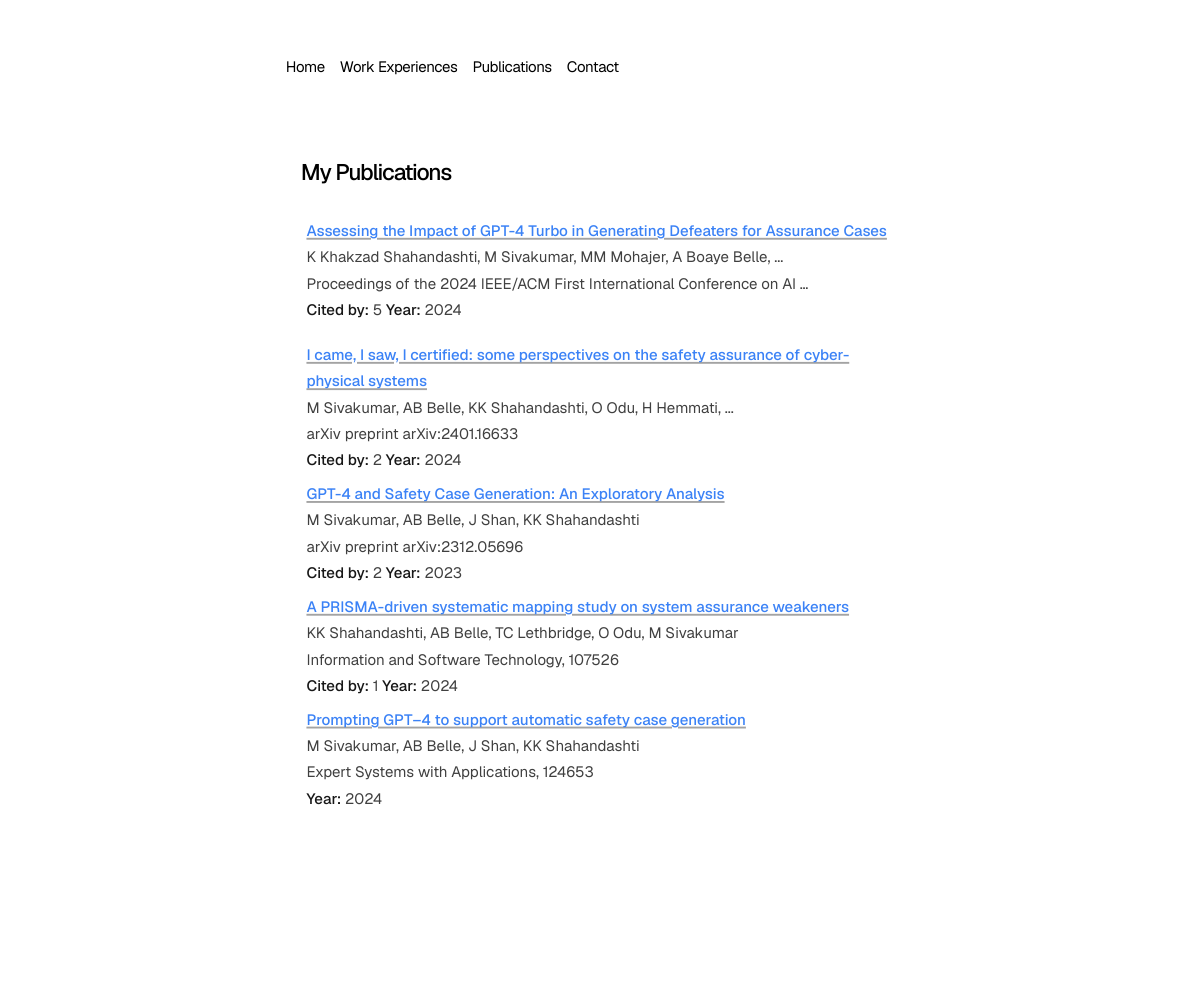
Repository: kimixz/kimixz.github.io
Page: /publications
An editor plug-in stored every save of this project. The page is shown before and after the next save, followed by the edit.
The browser window is 1280 px wide. The pictures show the whole page, at 94% of full size.
The project was rebuilt for these pictures with package versions that can differ from the ones it lists, and the page was loaded fresh each time. Some packages were replaced by stand-ins written for this rebuild. The framework's server and built-in components were replaced by stand-ins that run in the browser. Also part of the build but not shown: next.config.mjs, app/blog/[slug]/sandpack.tsx.

Above is the page before, as saved 2024-07-28 16:31:30.

After the next save:
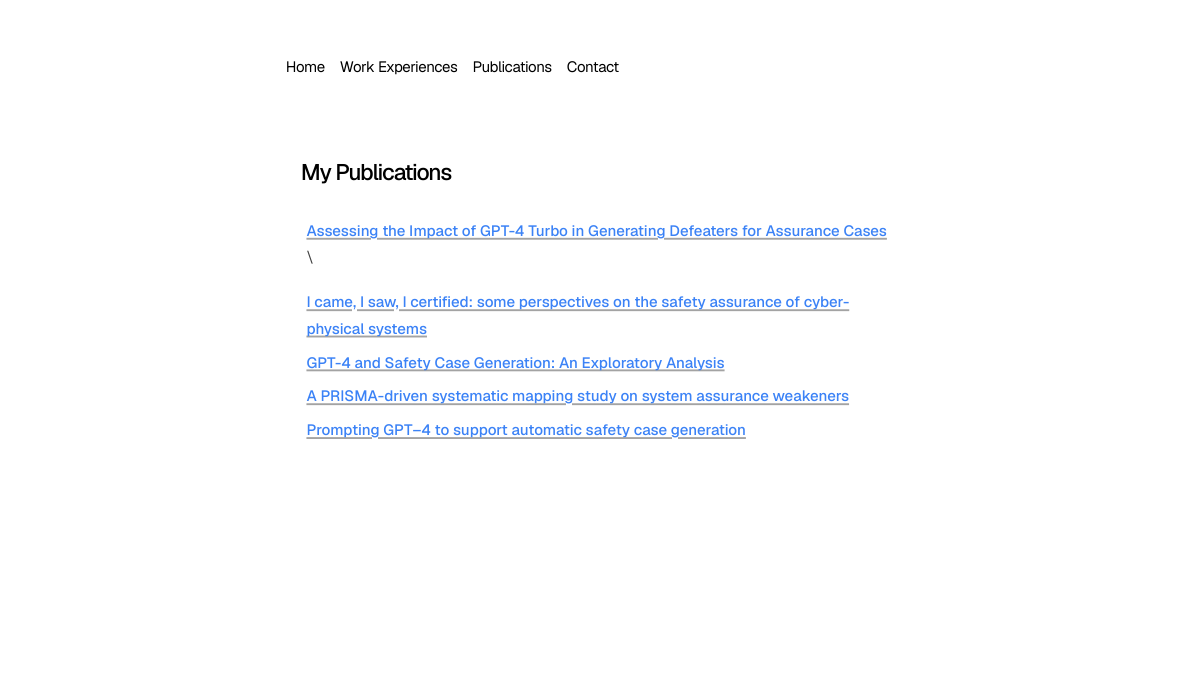
Saved 38 s later.
--- a/app/publications/page.tsx
+++ b/app/publications/page.tsx
@@ -7,33 +7,19 @@ export default function Page() {
           <ul className="prose prose-neutral dark:prose-invert">
             <li>
               <a href="https://example.com/paper1" className="text-blue-500">Assessing the Impact of GPT-4 Turbo in Generating Defeaters for Assurance Cases</a><br />
-              K Khakzad Shahandashti, M Sivakumar, MM Mohajer, A Boaye Belle, ...<br />
-              Proceedings of the 2024 IEEE/ACM First International Conference on AI …<br />
-              <strong>Cited by:</strong> 5 <strong>Year:</strong> 2024
+\
             </li>
             <li>
               <a href="https://example.com/paper2" className="text-blue-500">I came, I saw, I certified: some perspectives on the safety assurance of cyber-physical systems</a><br />
-              M Sivakumar, AB Belle, KK Shahandashti, O Odu, H Hemmati, ...<br />
-              arXiv preprint arXiv:2401.16633<br />
-              <strong>Cited by:</strong> 2 <strong>Year:</strong> 2024
             </li>
             <li>
               <a href="https://example.com/paper3" className="text-blue-500">GPT-4 and Safety Case Generation: An Exploratory Analysis</a><br />
-              M Sivakumar, AB Belle, J Shan, KK Shahandashti<br />
-              arXiv preprint arXiv:2312.05696<br />
-              <strong>Cited by:</strong> 2 <strong>Year:</strong> 2023
             </li>
             <li>
               <a href="https://example.com/paper4" className="text-blue-500">A PRISMA-driven systematic mapping study on system assurance weakeners</a><br />
-              KK Shahandashti, AB Belle, TC Lethbridge, O Odu, M Sivakumar<br />
-              Information and Software Technology, 107526<br />
-              <strong>Cited by:</strong> 1 <strong>Year:</strong> 2024
             </li>
             <li>
               <a href="https://example.com/paper5" className="text-blue-500">Prompting GPT–4 to support automatic safety case generation</a><br />
-              M Sivakumar, AB Belle, J Shan, KK Shahandashti<br />
-              Expert Systems with Applications, 124653<br />
-              <strong>Year:</strong> 2024
             </li>
           </ul>
         </section>
